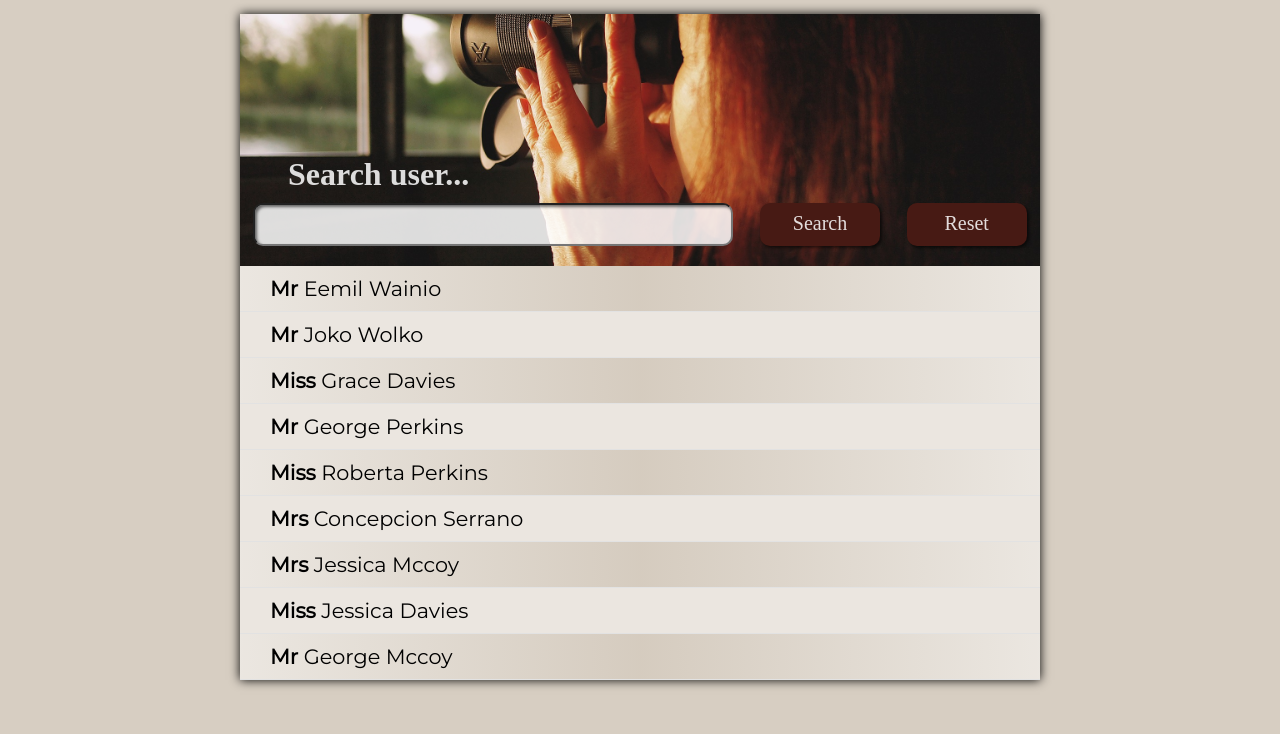
Repository: KrzysKolo/sr_tydzien5_zad4
Page: /
An editor plug-in stored every save of this project. The page is shown before and after the next save, followed by the edit.
The browser window is 1280 px wide. The pictures show the whole page.
Some web fonts or font styles are not loaded; a fallback is used. The project was rebuilt for these pictures with package versions that can differ from the ones it lists, and the page was loaded fresh each time.

Above is the page before, as saved 2021-01-03 06:49:10.

### public/index.html
<!DOCTYPE html>
<html lang="en">
  <head>
    <meta charset="utf-8" />
    <link rel="icon" href="%PUBLIC_URL%/favicon.ico" />
    <meta name="viewport" content="width=device-width, initial-scale=1" />
    <meta name="theme-color" content="#000000" />
    <meta
      name="description"
      content="Web site created using create-react-app"
    />
    <link rel="apple-touch-icon" href="%PUBLIC_URL%/logo192.png" />
    <!--
      manifest.json provides metadata used when your web app is installed on a
      user's mobile device or desktop. See https://developers.google.com/web/fundamentals/web-app-manifest/
    -->
    <link rel="manifest" href="%PUBLIC_URL%/manifest.json" />
    <!--
      Notice the use of %PUBLIC_URL% in the tags above.
      It will be replaced with the URL of the `public` folder during the build.
      Only files inside the `public` folder can be referenced from the HTML.

      Unlike "/favicon.ico" or "favicon.ico", "%PUBLIC_URL%/favicon.ico" will
      work correctly both with client-side routing and a non-root public URL.
      Learn how to configure a non-root public URL by running `npm run build`.
    -->
    <link rel="preconnect" href="https://fonts.gstatic.com">
<link href="https://fonts.googleapis.com/css2?family=Finger+Paint&family=Montserrat&family=Over+the+Rainbow&family=Peralta&display=swap" rel="stylesheet">
    <title>User search</title>
  </head>
  <body>
    <noscript>You need to enable JavaScript to run this app.</noscript>
    <div id="root"></div>
    <!--
      This HTML file is a template.
      If you open it directly in the browser, you will see an empty page.

      You can add webfonts, meta tags, or analytics to this file.
      The build step will place the bundled scripts into the <body> tag.

      To begin the development, run `npm start` or `yarn start`.
      To create a production bundle, use `npm run build` or `yarn build`.
    -->
  </body>
</html>

### src/App.js
import React from 'react';
import UsersContainer from './components/UsersContainer';
import Header from './components/Header';
import './App.css';


const App = () => {

  return (
    <section>
      <Header />
      <UsersContainer/>
    </section>
  )
}

export default App;

### src/components/UsersContainer.js
import React, { useState, useEffect } from 'react';


const UsersContainer = () => {

  const UsersAPI = '/users.json';

  const [ users, setUsers ] = useState([]);

  useEffect(() => {

    fetch(UsersAPI)
      .then(res => res.json())
      .then(data => {
        console.log(data.users);
        setUsers(data.users);
      })
    }, []);

    const user = users.map(user => (
      <li className="user" key={user.id}><b>{user.title}</b> {user.first} {user.last}</li>
    ))
    return (
        <ul>
					{user}
        </ul>
    )
}

export default UsersContainer;

### src/components/Header.js
import React from 'react';
import Button from './formComponents/Button';
const Header = () => {
    return (
        <div className="header__section">
            <h1 className="header__title">Search user...</h1>
            <form className="header__search-wrapper">
                <input className="header__search" type="text" />
                <Button values="Search" />
                <Button values="Reset" />
            </form>
        </div>
    )
}

export default Header;

### src/App.css
* {
  box-sizing: border-box;
  padding: 0;
  margin: 0;
}
body {
  height: 100vh;
  width: 100vw;
  background-color: rgba(206, 194, 179, 0.8);
}
section {
  margin: 2vh auto;
  width: 70%;
  max-width: 800px;
  display: flex;
  flex-direction: column;
  box-shadow: 0 0 10px #000;
}
.header__section {
  height: 35vh;
  background-image: url("./images/girl.jpg");
  background-position: center;
  background-size: cover;
  display: flex;
  flex-direction: column;
  justify-content: flex-end;
}
.header__title {
  font-size: 2rem;
  font-family: "Peralta", cursive;
  margin: 0 auto 10px 3rem;
  color: rgba(255, 255, 255, 0.85);
}
.header__search-wrapper {
  width: 100%;
  margin-bottom: 20px;
  display: flex;
  justify-content: space-around;
}
.header__search {
  padding: 8px 10px;
  width: 60%;
  border-radius: 10px;
  background-color: rgba(255, 255, 255, 0.85);
  box-shadow: inset 2px 2px 3px 0px rgba(0, 0, 0, 0.55);
  font-size: 20px;
}
.header__search-btn {
  background: rgb(71, 26, 20);
  color: rgba(255, 255, 255, 0.85);
  width: 15%;
  border-radius: 10px;
  box-shadow: 2px 2px 3px 0px rgba(0, 0, 0, 0.55);
  font-size: 20px;
  text-align: center;
  line-height: 40px;
  transition: 0.2s all ease;
  cursor: pointer;
}
.header__search-btn:hover {
  background: rgba(65, 28, 24, 0.4);
}
.user {
  font-size: 1.3rem;
  font-family: "Montserrat", sans-serif;
  padding: 10px 30px;
  list-style: none;
  border-bottom: 1px solid rgb(226, 226, 226);
  background-color: rgba(255, 255, 255, 0.5);
}
.user:nth-child(odd) {
  background: linear-gradient(
    90deg,
    rgba(255, 255, 255, 0.5) 0%,
    rgba(206, 194, 179, 0.2) 50%,
    rgba(255, 255, 255, 0.5) 100%
  );
}

### src/components/formComponents/Button.js
import React from 'react';

const Button = ({ values }) => {
    return (
        <div className="header__search-btn">
            {values}
        </div>
    )
}

export default Button;

### public/users.json
{
    "users": [
      {
        "id": 1,
        "title": "Mr",
        "first": "Eemil",
        "last": "Wainio"
       },
      {
        "id": 2,
        "title": "Mr",
        "first": "Joko",
        "last": "Wolko"
      },
      {
        "id": 3,
        "title": "Miss",
        "first": "Grace",
        "last": "Davies"
      },
      {
        "id": 4,
        "title": "Mr ",
        "first": "George ",
        "last": "Perkins"
      },
      {
        "id": 5,
        "title": "Miss",
        "first": "Roberta ",
        "last": "Perkins"
      },
      {
        "id": 6,
        "title": "Mrs ",
        "first": "Concepcion ",
        "last": "Serrano"
      },
      {
        "id": 7,
        "title": "Mrs ",
        "first": "Jessica ",
        "last": "Mccoy"
      },
      {
        "id": 8,
        "title": "Miss",
        "first": "Jessica",
        "last": "Davies"
      },
      {
        "id": 9,
        "title": "Mr",
        "first": "George",
        "last": "Mccoy"
      }
    ]
  }

Loaded but not shown: src/index.js (common file)

After the next save:
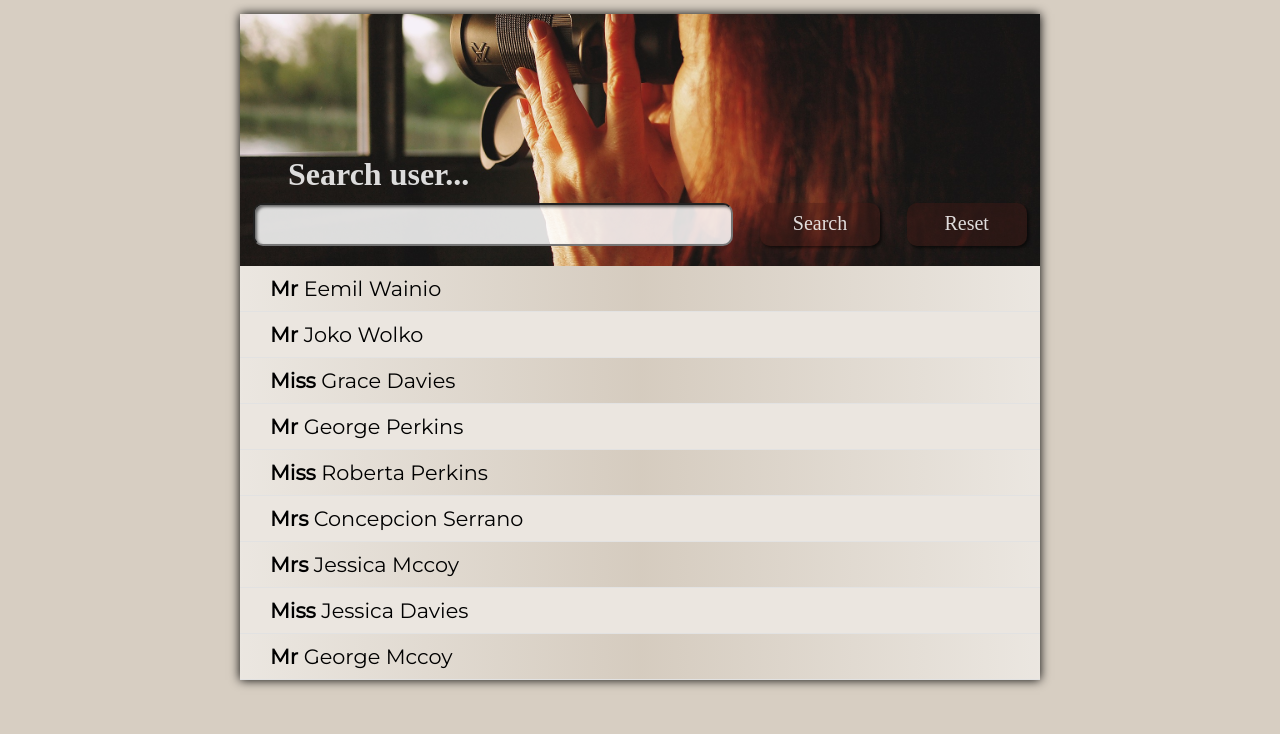
Saved 60 s later.
--- a/src/App.css
+++ b/src/App.css
@@ -46,7 +46,7 @@ section {
   font-size: 20px;
 }
 .header__search-btn {
-  background: rgb(71, 26, 20);
+  background: rgba(71, 26, 20, 0.4);
   color: rgba(255, 255, 255, 0.85);
   width: 15%;
   border-radius: 10px;
@@ -58,7 +58,7 @@ section {
   cursor: pointer;
 }
 .header__search-btn:hover {
-  background: rgba(65, 28, 24, 0.4);
+  background: rgba(65, 28, 24, 1);
 }
 .user {
   font-size: 1.3rem;
